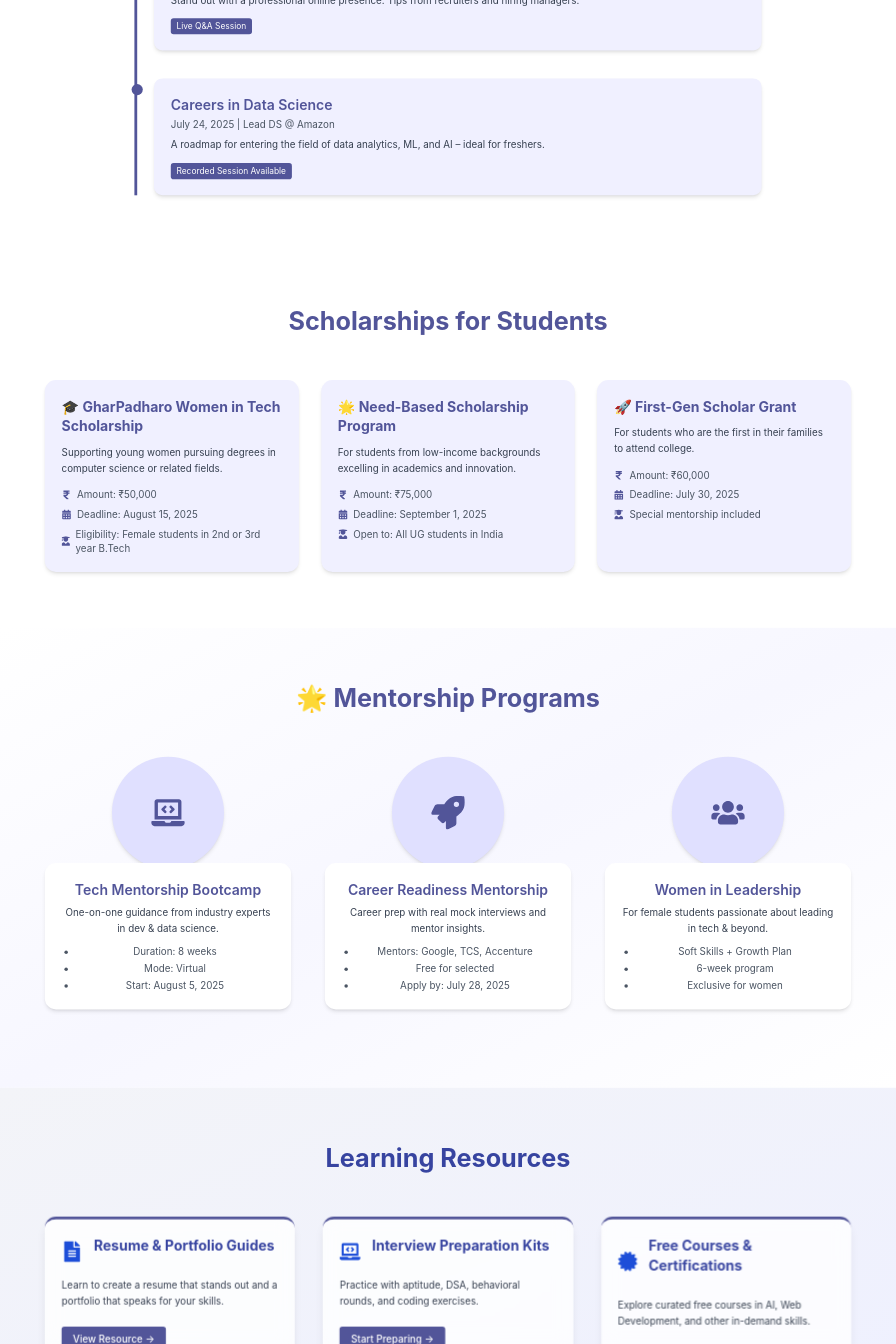
Repository: Siddharthkothiyal/GharPadhaaroCareerWebsite
Page: /#/students
The author's editor kept a copy of each file at every save. The page is drawn from the files as they stood at one save, then again after the next save.
The browser window is 1280 px wide. The pictures show the part of the page from y = 4580 to 6500 px (the page is 7229 px tall), at 70% of full size.
The project was rebuilt for these pictures with package versions that can differ from the ones it lists, and the page was loaded fresh each time. Also part of the build but not shown: src/components/CareerPortal/JobListing/JobListings.css, src/components/CareerPortal/JobListing/JobListings.js, src/components/CareerPortal/Header.css, src/components/CareerPortal/ResumeUpload.css, src/components/CareerPortal/ResumeUpload.js, src/components/CareerPortal/Header.js, src/components/CareerPortal/JobListing/JobSearch.css, src/components/CareerPortal/JobListing/JobSearch.js and 10 more.

Above is the page before, as saved 2025-06-22 11:43:33.

After the next save:
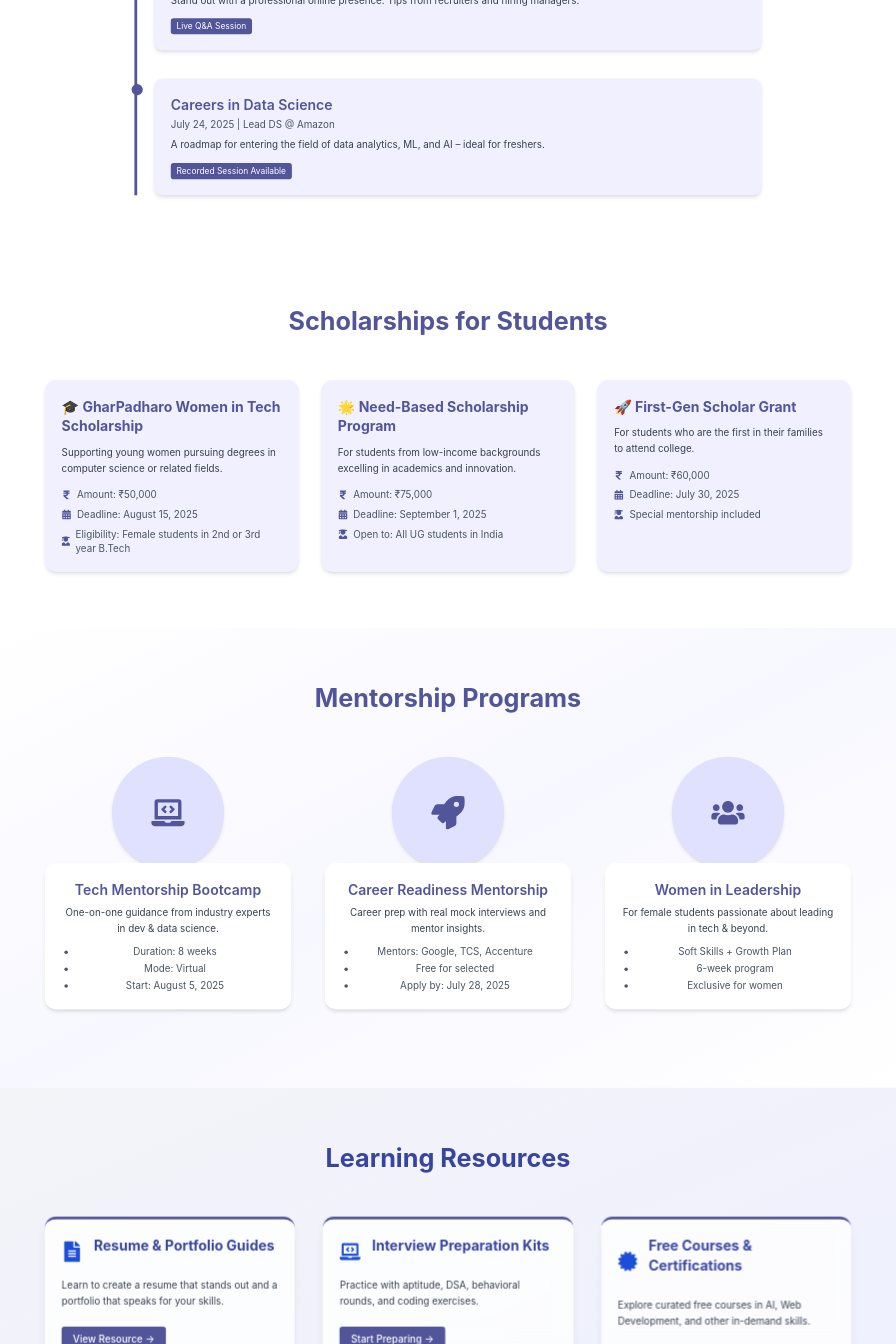
Saved 15 s later.
--- a/src/components/CareerPortal/StudentsPage/sections/Mentorship.js
+++ b/src/components/CareerPortal/StudentsPage/sections/Mentorship.js
@@ -6,7 +6,7 @@ const Mentorship = () => {
     <section className="py-20 px-4 bg-gradient-to-br from-white via-[#f7f7ff] to-white">
   <div className="max-w-6xl mx-auto text-center">
     <h2 className="text-4xl font-bold text-[#525599] mb-16">
-      🌟 Mentorship Programs
+       Mentorship Programs
     </h2>
 
     <div className="grid md:grid-cols-3 gap-12">
